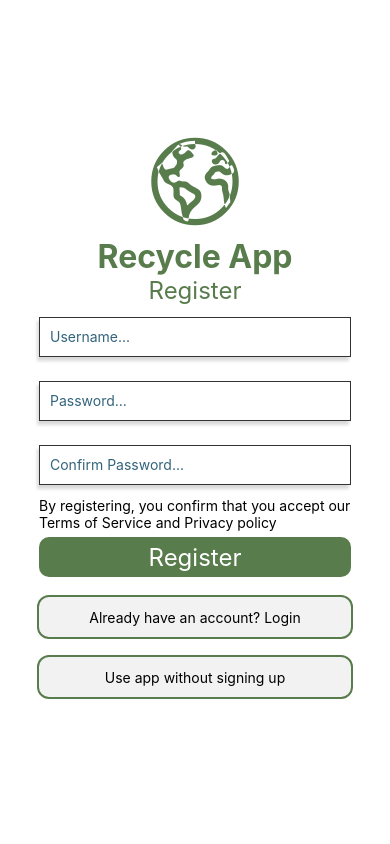
Repository: ct-pham/COMP4511
Screen: / (app in comp4511/)
An editor plug-in stored every save of this project. The screen is shown before and after the next save, followed by the edit.
The app was drawn by React Native's web renderer in a window 390 px wide. The project was rebuilt for these pictures with package versions that can differ from the ones it lists, and the page was loaded fresh each time.

Above is the screen before, as saved 2022-11-07 17:05:42.

### comp4511/App.js

// import { NavigationContainer } from 'react-navigation/native';
// import { createNativeStackNavigator } from 'react-navigation/native-stack';
//import Login from './Components/Login';
import Register from './Components/Register';

export default function App() {
  return (
    // <NavigationContainer>
    //   <Stack.Navigator initialRouteName="Home">
    //     <Stack.Screen name="Login" component={Login} />
    //     <Stack.Screen name="Register" component={Register} />
    //   </Stack.Navigator>
    // </NavigationContainer>
    <Register />
  );
}

### comp4511/Components/Register.js
import {
    StyleSheet,
    Text,
    View,
    TextInput,
    TouchableOpacity,
} from 'react-native';

import Icon from 'react-native-vector-icons/Ionicons';

export default function Login( {navigation}) {
    return (
        <View style={styles.container}>
            <View>
                <Icon
                    name = "earth-outline"
                    size = {100}
                    color = "#587C4B"
                />
            </View>

            <Text style = {styles.title}>Recycle App</Text>
            <Text style = {styles.subtitle}>Register</Text>
            <View style={styles.inputView}>
                <TextInput
                    style={styles.TextInput}
                    placeholder="Username..."
                    placeholderTextColor="#003f5c"
                />
            </View>

            <View style={styles.inputView}>
                <TextInput
                    style={styles.TextInput}
                    placeholder="Password..."
                    placeholderTextColor="#003f5c"
                    secureTextEntry={true}
                />
            </View>
            <View style={styles.inputView}>
                <TextInput
                    style={styles.TextInput}
                    placeholder="Confirm Password..."
                    placeholderTextColor="#003f5c"
                    secureTextEntry={true}
                />
            </View>
            <View style = {styles.termStyle}>
                <Text>By registering, you confirm that you accept our Terms of Service and Privacy policy</Text>
            </View>

            <TouchableOpacity style = {styles.btnStyle}>
                <Text style={styles.registerBtn}>Register</Text>
            </TouchableOpacity>

            <TouchableOpacity
                onPress = {console.log('Register')}
                style = {styles.btnStyle2}
            >
                <Text style={styles.loginBtn}>Already have an account? Login</Text>
            </TouchableOpacity>

            <TouchableOpacity
                style = {styles.btnStyle2}
            >
                <Text style={styles.loginBtn}>Use app without signing up</Text>
            </TouchableOpacity>

        </View>
    );
}

const styles = StyleSheet.create({
    container: {
        flex: 1,
        backgroundColor: '#ffffff',
        alignItems: 'center',
        justifyContent: 'center',
    },
    inputView: {
        backgroundColor: '#ffffff',
        borderWidth: 1,
        borderColor: '#000000',
        height: 40,
        width: '80%',
        margin: 12,
        borderWidth: 1,
        padding: 10,
        shadowColor: '#171717',
        shadowOffset: {width: -2, height: 4},
        shadowOpacity: 0.2,
        shadowRadius: 3,
        opacity: 0.8,
    },
    button: {
        borderRadius: 25,
    },
    btnStyle: {
        backgroundColor: '#587C4B',
        width: '80%',
        height: 40,
        alignItems: 'center',
        justifyContent: 'center',
        borderRadius: 10,
        marginBottom:20,
    },
    btnStyle2: {
        backgroundColor: '#F2F2F2',
        borderRadius: 10,
        outlineColor: '#587C4B',
        outlineWidth: 2,
        outlineStyle:  'solid',
        width: '80%',
        height: 40,
        alignItems: 'center',
        justifyContent: 'center',
        marginBottom: 20,
    },
    title: {
        fontSize: 32,
        fontWeight: 'bold',
        color: '#587C4B',
    },
    subtitle: {
        fontSize: 24,
        fontWeight: 'semibold',
        color: '#587C4B',
    },
    termStyle: {
        width: '80%',
        height: 40,
        alignItems: 'center',
    },
    registerBtn: {
        color: '#ffffff',
        fontSize: 24,
        fontWeight: 'semibold',
    },
});

After the next save:
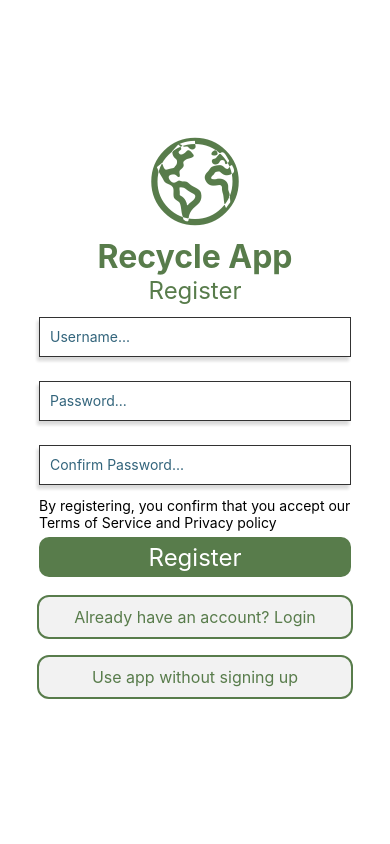
Saved 23 s later.
--- a/comp4511/Components/Register.js
+++ b/comp4511/Components/Register.js
@@ -57,13 +57,13 @@ export default function Login( {navigation}) {
                 onPress = {console.log('Register')}
                 style = {styles.btnStyle2}
             >
-                <Text style={styles.loginBtn}>Already have an account? Login</Text>
+                <Text style={styles.btn2}>Already have an account? Login</Text>
             </TouchableOpacity>
 
             <TouchableOpacity
                 style = {styles.btnStyle2}
             >
-                <Text style={styles.loginBtn}>Use app without signing up</Text>
+                <Text style={styles.btn2}>Use app without signing up</Text>
             </TouchableOpacity>
 
         </View>
@@ -136,4 +136,8 @@ const styles = StyleSheet.create({
         fontSize: 24,
         fontWeight: 'semibold',
     },
+    btn2: {
+        fontSize: 16,
+        color: '#587C4B',
+    }
 });
